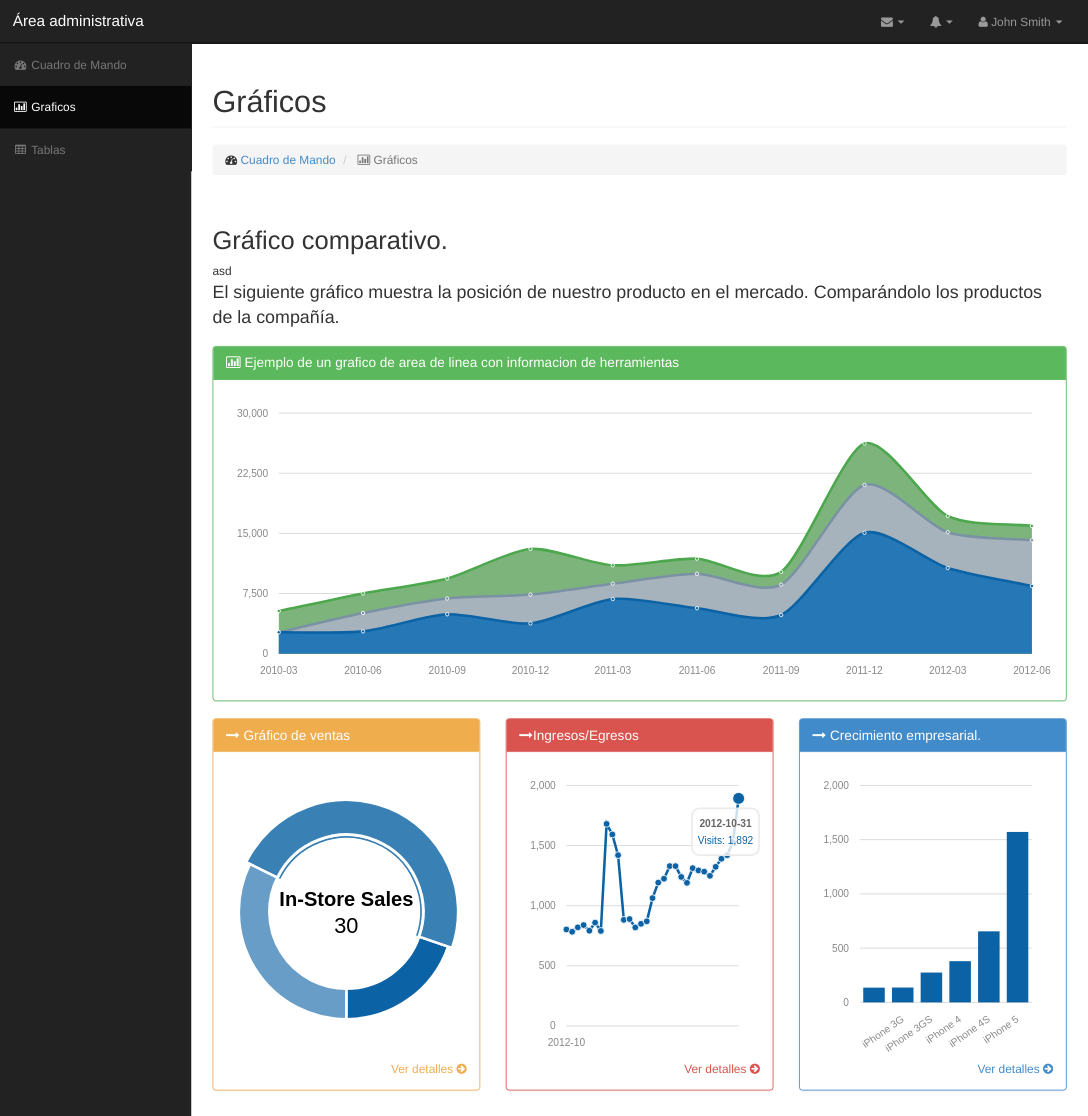
Repository: galoget/usfq-mini-ctf
Page: adminpanel/charts.html
The author's editor kept a record of every edit. The page is drawn from the files as they stood at one moment, then again after the next edit.
The browser window is 1280 px wide. The pictures show the whole page, at 85% of full size.

Above is the page before.
Console error (its wording comes from the project's code and is left out).

After the next edit:
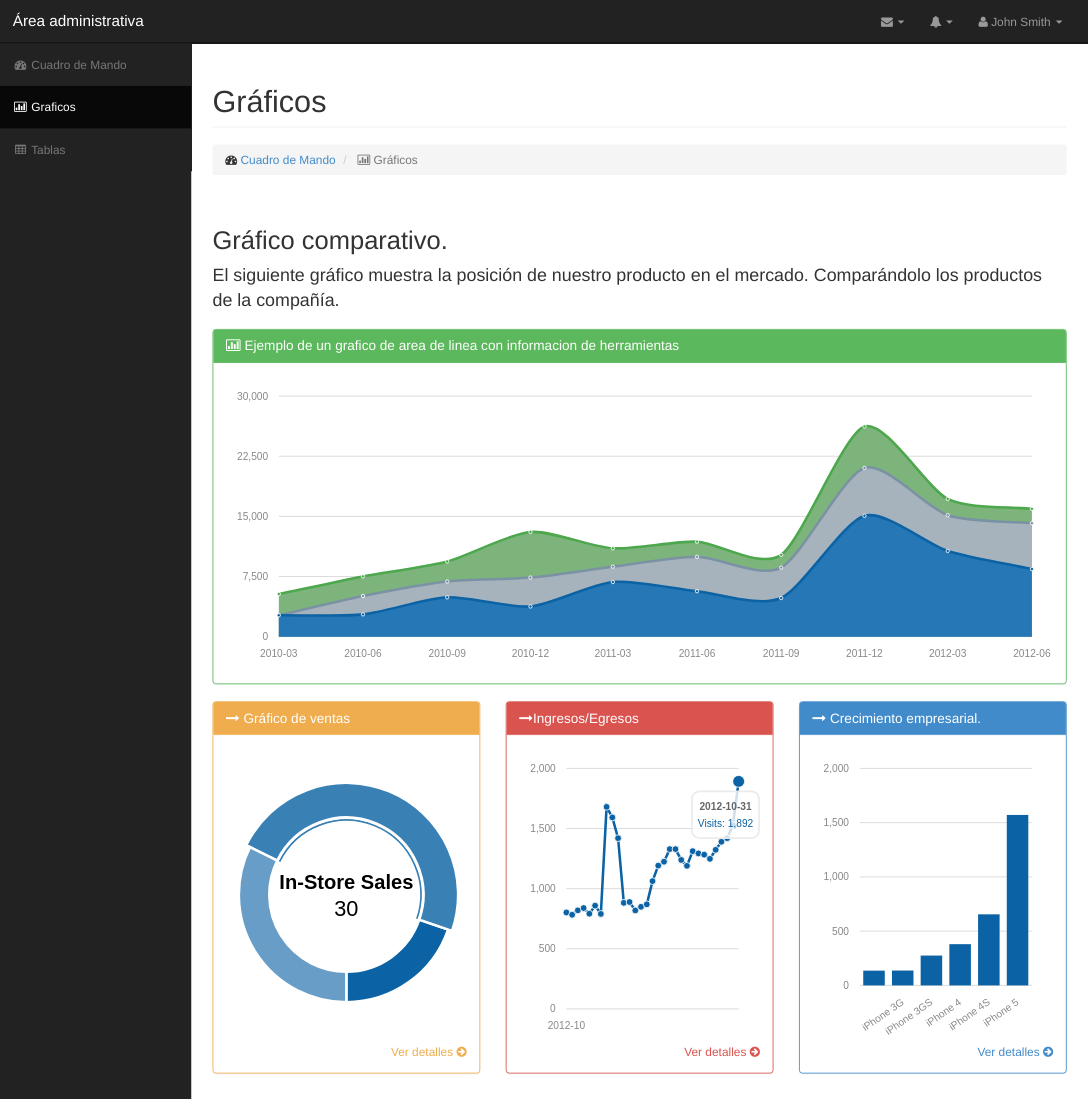
The edit:
--- a/adminpanel/charts.html
+++ b/adminpanel/charts.html
@@ -163,7 +163,7 @@
                                 color:white;
                             }
                         </style>
-                        <h2>Gráfico comparativo.</h2> asd
+                        <h2>Gráfico comparativo.</h2>
 
                         <p class="lead">El siguiente gráfico muestra la posición de nuestro producto en el mercado. Comparándolo los productos de la compañía.</p>
                     </div>
